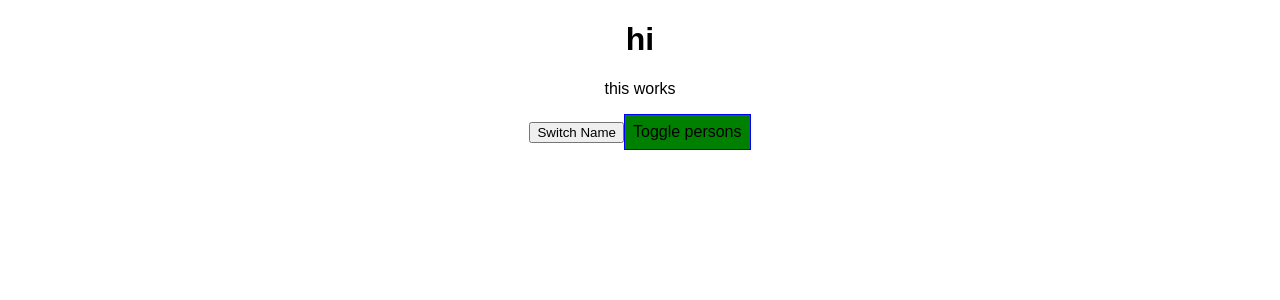
Repository: toni783/udemy_react
Page: / (app in react-complete-guide/)
These files come from the project's save history. The page is drawn as it stood at one moment and after the next save; the edit follows.
The browser window is 1280 px wide. The pictures show the whole page.
The project was rebuilt for these pictures with package versions that can differ from the ones it lists, and the page was loaded fresh each time. Also part of the build but not shown: react-complete-guide/src/Person/Person.js.

Above is the page before, as saved 2020-01-28 10:19:17.

After the next save:
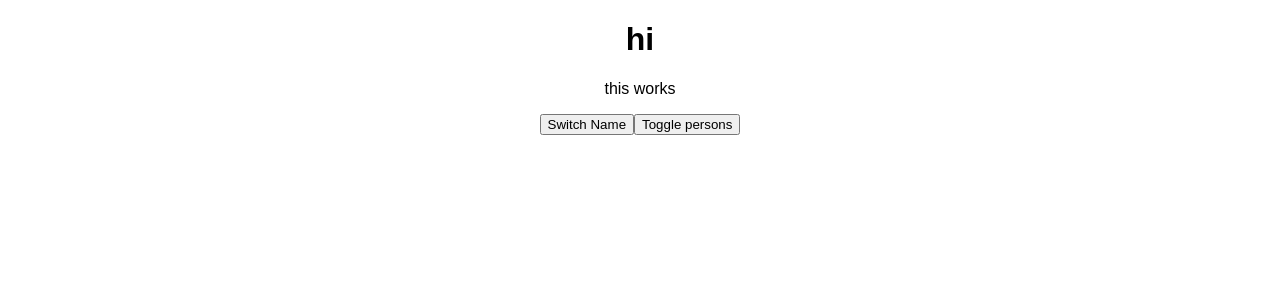
Saved 47 s later.
--- a/react-complete-guide/src/App.js
+++ b/react-complete-guide/src/App.js
@@ -145,12 +145,12 @@ class App extends Component {
           Switch Name{" "}
         </button>
 
-        <StyledButton
+        <button
           alt={this.state.showPersons}
           onClick={this.togglePersonsHandler}
         >
           Toggle persons
-        </StyledButton>
+        </button>
 
         {persons}
 
